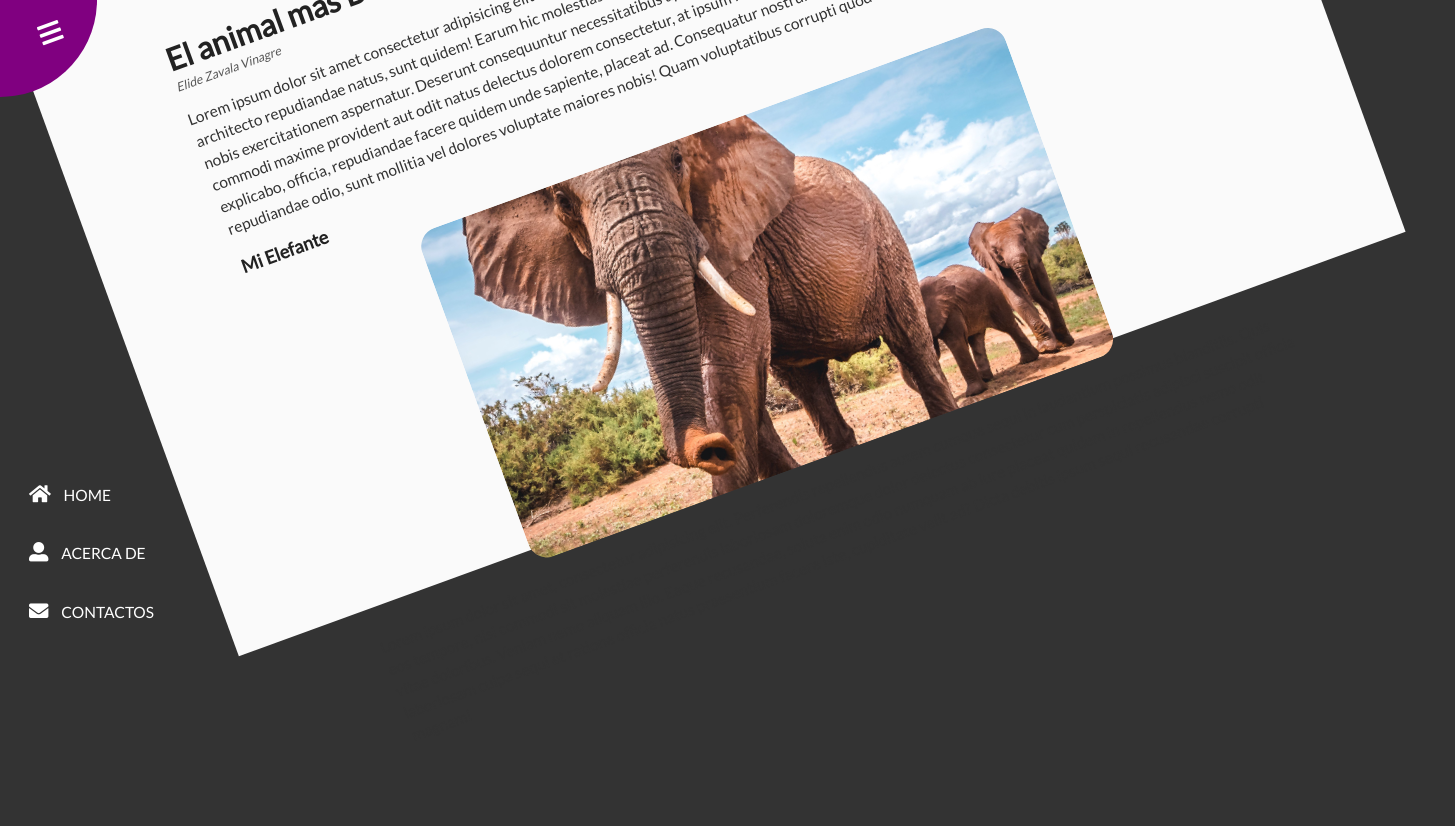
Repository: ElideZavala/Navagacion-en-rotacion
Page: index.html
These files come from the project's save history. The page is drawn as it stood at one moment and after the next save; the edit follows.
The browser window is 1280 px wide. The page is 1500 px wide, so the pictures cover 1500 px, including what lies to the right of the window. The pictures show the whole page, at 97% of full size.

Above is the page before, as saved 2021-05-29 10:03:38.

After the next save:
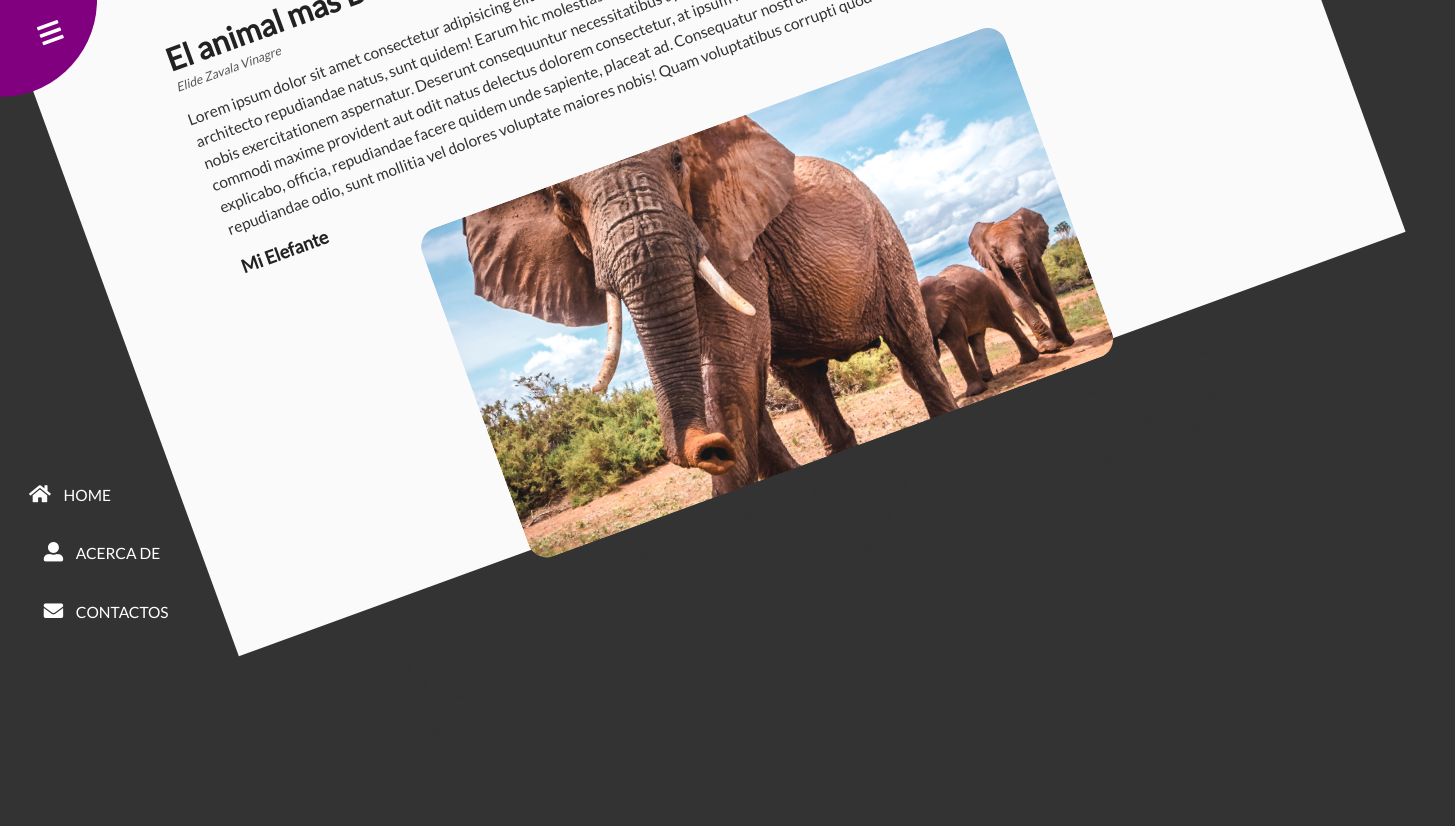
Saved 77 s later.
--- a/style.css
+++ b/style.css
@@ -101,6 +101,10 @@ nav ul li i {
 	margin-right: 10px;
 }
 
+nav ul li + li {
+	margin-left: 15px;
+}
+
 .content {
 	max-width: 1000px;
 	margin: 50px auto;
